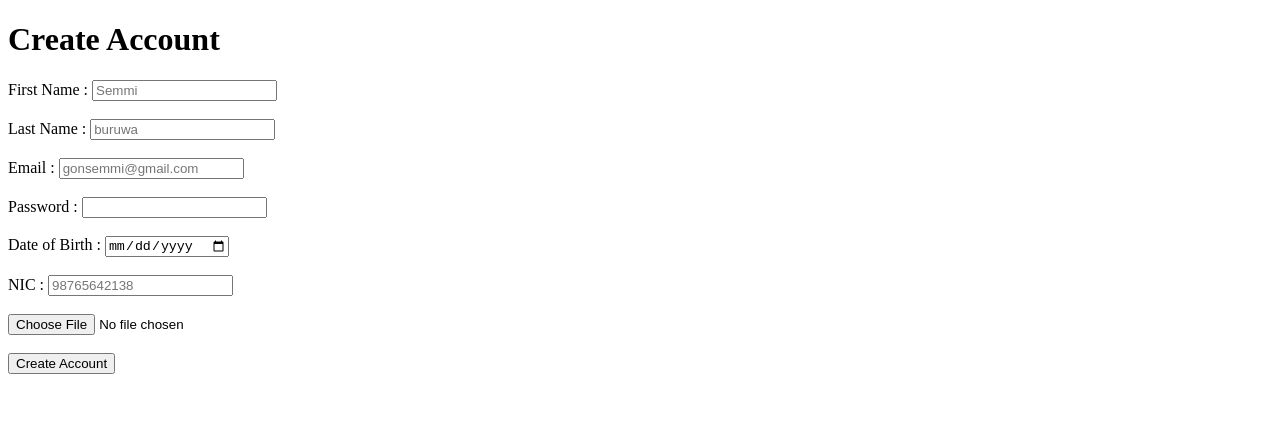
Repository: IT21221064/JobPortal
Page: http://localhost/JobApp/addProfile.jsp
These files come from the project's save history. The page is drawn as it stood at one moment and after the next save; the edit follows.
The browser window is 1280 px wide. The pictures show the whole page.
The page is served by Tomcat 9.

Above is the page before, as saved 2023-07-15 16:21:23.

After the next save:
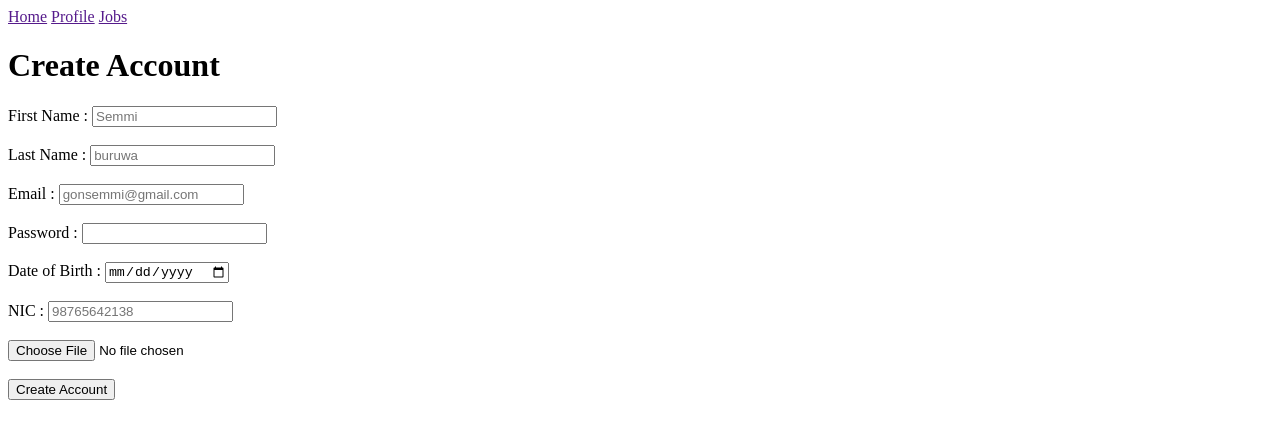
Saved 6 s later.
--- a/Project/JobApp/src/main/webapp/addProfile.jsp
+++ b/Project/JobApp/src/main/webapp/addProfile.jsp
@@ -7,6 +7,7 @@
 <title>Insert title here</title>
 </head>
 <body>
+<%@include file="nav.html" %>
 <form method="post" action="#">
 <h1>Create Account</h1>
 <label for="fname">First Name : </label>
